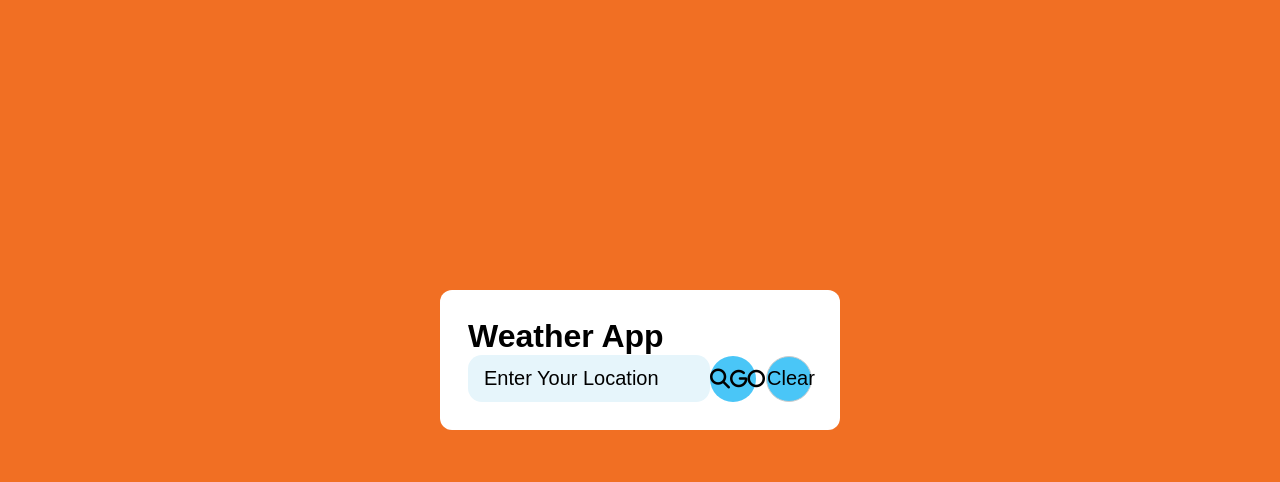
Repository: kapucuonur/weather-app
Page: index.html
These files come from the project's save history. The page is drawn as it stood at one moment and after the next save; the edit follows.
The browser window is 1280 px wide. The pictures show the whole page.
Some web libraries are served in a nearby version.

Above is the page before, as saved 2024-11-16 15:35:27.

### index.html
<!DOCTYPE html>
<html lang="en">
<head>
    <meta charset="UTF-8">
    <meta http-equiv="X-UA-Compatible" content="IE=edge">
    <meta name="viewport" content="width=device-width, initial-scale=1.0">
    <title>Weather App With JavaScript</title>
    <link rel="stylesheet" href="style.css">

</head>

<body>

    <div class="container">
         <!-- Başlık ekledik -->
         <h1 class="app-title">Weather App</h1>
        <div class="header">
            <div class="search-box">
                <input type="text" placeholder="Enter your location" class="input-box">
                <button class="fa-solid fa-magnifying-glass" id="searchBtn">Go</button>
                <!-- Clear button added here -->
                <button class="clear-btn" id="clearBtn">Clear</button>
            </div>

        </div>

        <div class="location-not-found">
            <h1>Sorry, Location not found!!!</h1>
            <img src="/assets/404.png" alt="404 Error">
        </div>

        <div class="weather-body">
            <img src="/assets/cloud.png" alt="Weather Image" class="weather-img">

            <div class="weather-box">
                <p class="temperature">0 <sup>°C</sup></p>
                <p class="description">light rain</p>
            </div>

            <div class="weather-details">
                <div class="humidity">
                    <i class="fa-sharp fa-solid fa-droplet"></i>
                    <div class="text">
                        <span id="humidity">45%</span>
                        <p>Humidity</p>
                    </div>
                </div>

                <div class="wind">
                    <i class="fa-solid fa-wind"></i>
                    <div class="text">
                        <span id="wind-speed">12Km/H</span>
                        <p>Wind Speed</p>
                    </div>
                </div>
            </div>
        </div>
    </div>


    <script src="script.js"></script>
    <script src="https://kit.fontawesome.com/595a890311.js" crossorigin="anonymous"></script>
</body>
</html>

### style.css
*{
    margin: 0;
    padding: 0;
    box-sizing: border-box;
    border: none;
    outline: none;
    font-family: sans-serif;
}

body{
    min-height: 100vh;
    display: flex;
    justify-content: center;
    align-items: center;
    background-color: #f16f23;
}

.container{
    width: 400px;
    height: min-content;
    background-color: #fff;
    border-radius: 12px;
    padding: 28px;
}

.search-box{
    width: 100%;
    height: min-content;
    display: flex;
    justify-content: space-between;
    align-items: center;
}

.search-box input{
    width: 84%;
    font-size: 20px;
    text-transform: capitalize;
    color: #000;
    background-color: #e6f5fb;
    padding: 12px 16px;
    border-radius: 14px;
}

.search-box input::placeholder{
    color: #000;
}
.clear-btn {
    width: 46px;
    height: 46px;
    background-color: #e6f5fb;
    border-radius: 50%;
    cursor: pointer;
    font-size: 20px;
    border: 1px solid #ccc;
    margin-left: 10px; /* Input kutusu ile arasında boşluk bırak */
}

.clear-btn:hover {
    color: #fff;
    background-color: #ababab;
}


.search-box button{
    width: 46px;
    height: 46px;
    background-color: #4ac6f7;
    border-radius: 50%;
    cursor: pointer;
    font-size: 20px;
}

.search-box button:hover{
    color: #fff;
    background-color: #f20c0c;
}

.weather-body{
    justify-content: center;
    align-items: center;
    flex-direction: column;
    margin-block: 20px;
    display: none;
}
.weather-body img{
    width: 60%;
}

.weather-box{
    margin-block: 20px;
    text-align: center;
}

.weather-box .temperature{
    font-size: 40px;
    font-weight: 800;
    position: relative;
}

.weather-box .temperature sup{
    font-size: 20px;
    position: absolute;
    font-weight: 600;
}

.weather-box .description{
    font-size: 20px;
    font-weight: 700;
    text-transform: capitalize;
}

.weather-details{
    width: 100%;
    display: flex;
    justify-content: space-between;
    margin-top: 30px;
}

.humidity, .wind{
    display: flex;
    align-items: center;
}

.humidity{
    margin-left: 20px;
}

.wind{
    margin-right: 20px;
}

.weather-details i{
    font-size: 36px;
}

.weather-details .text{
    margin-left: 10px;
    font-size: 16px;
}

.text span{
    font-size: 20px;
    font-weight: 700;
}

.location-not-found{
    margin-top: 20px;
    display: none;
    align-items: center;
    justify-content: center;
    flex-direction: column;
}

.location-not-found h1{
    font-size: 20px;
    color: #6b6b6b;
    margin-block-end: 15px;
}
.location-not-found img{
    width: 80%;
}

### script.js
const inputBox = document.querySelector('.input-box');
const searchBtn = document.getElementById('searchBtn');
const clearBtn = document.getElementById('clearBtn'); // Clear button element
const weather_img = document.querySelector('.weather-img');
const temperature = document.querySelector('.temperature');
const description = document.querySelector('.description');
const humidity = document.getElementById('humidity');
const wind_speed = document.getElementById('wind-speed');

const location_not_found = document.querySelector('.location-not-found');
const weather_body = document.querySelector('.weather-body');

async function checkWeather(city) {
    const api_key = "YOUR_API_KEY"; // Your API key
    const url = `https://api.openweathermap.org/data/2.5/weather?q=${city}&appid=${api_key}`;

    const weather_data = await fetch(`${url}`).then(response => response.json());

    if (weather_data.cod === "404") {
        location_not_found.style.display = "flex";
        weather_body.style.display = "none";
        console.log("Location not found");
        return;
    }

    location_not_found.style.display = "none";
    weather_body.style.display = "flex";

    // Update weather data
    temperature.innerHTML = `${Math.round(weather_data.main.temp - 273.15)}°C`;
    description.innerHTML = `${weather_data.weather[0].description}`;
    humidity.innerHTML = `${weather_data.main.humidity}%`;
    wind_speed.innerHTML = `${weather_data.wind.speed} Km/H`;

    // Set the weather image based on the condition
    switch (weather_data.weather[0].main) {
        case 'Clouds':
            weather_img.src = "/assets/cloud.png";
            break;
        case 'Clear':
            weather_img.src = "/assets/clear.png";
            break;
        case 'Rain':
            weather_img.src = "/assets/rain.png";
            break;
        case 'Mist':
            weather_img.src = "/assets/mist.png";
            break;
        case 'Snow':
            weather_img.src = "/assets/snow.png";
            break;
    }
}

// Search button event listener
searchBtn.addEventListener('click', () => {
    checkWeather(inputBox.value);
});

// Clear button event listener
clearBtn.addEventListener('click', () => {
    inputBox.value = ''; // Clear the input box
    location_not_found.style.display = "none"; // Hide the "location not found" message
    weather_body.style.display = "none"; // Hide the weather details
});

After the next save:
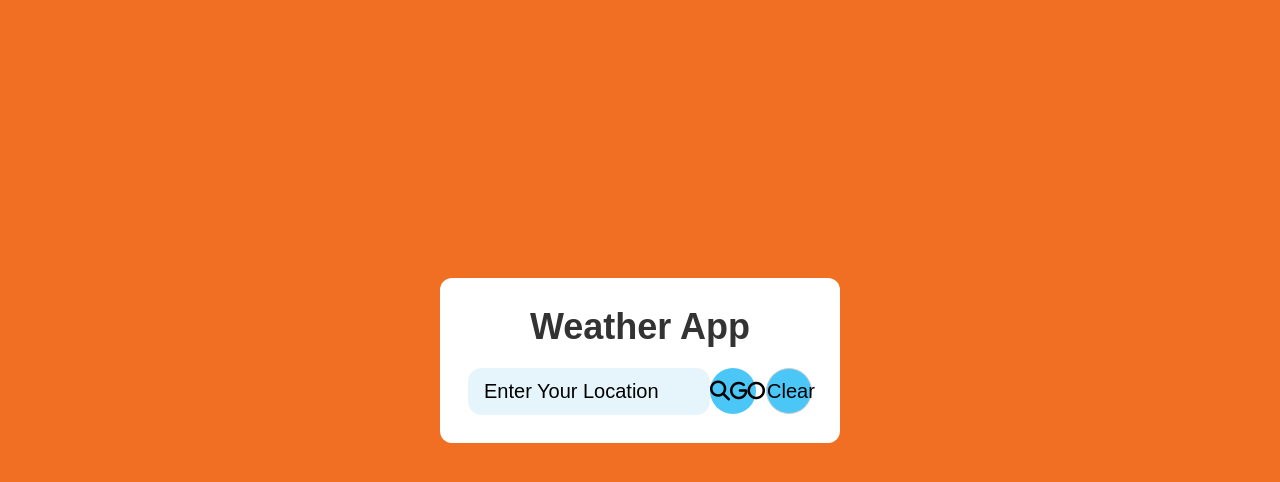
Saved 35 s later.
--- a/style.css
+++ b/style.css
@@ -5,6 +5,13 @@
     border: none;
     outline: none;
     font-family: sans-serif;
+}
+.app-title {
+    text-align: center; /* Başlığı ortalayacak */
+    font-size: 36px; /* Büyük font boyutu */
+    font-weight: 700; /* Kalın yazı tipi */
+    color: #333; /* Başlık rengini koyu gri yapalım */
+    margin-bottom: 20px; /* Başlık ile arama kutusu arasında boşluk bırak */
 }
 
 body{
